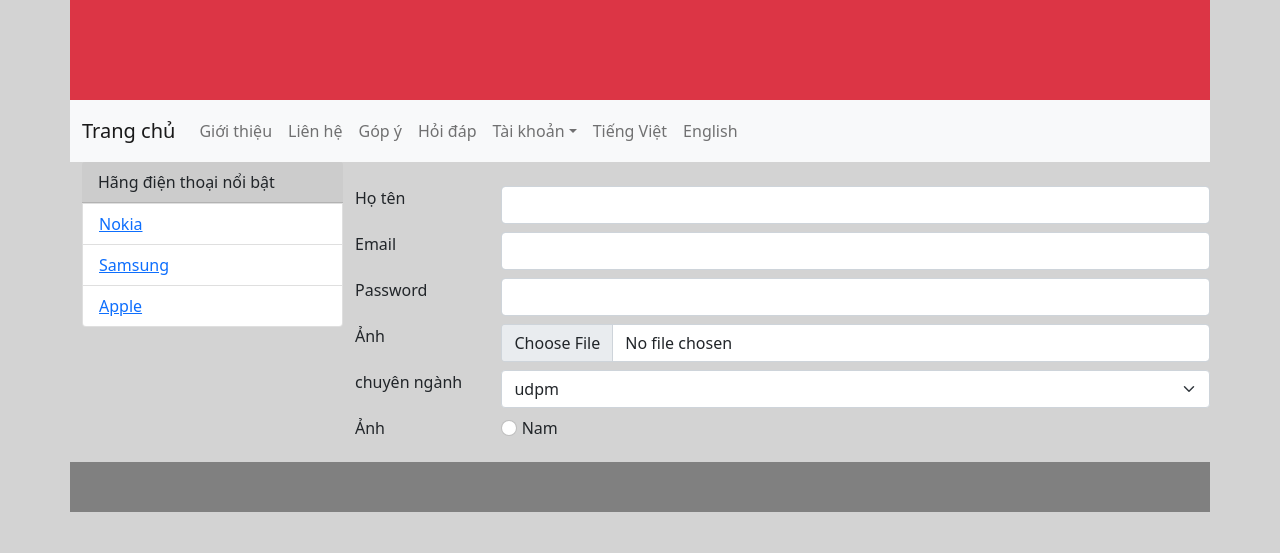
Repository: minhtu5502/fontendFamework
Page: day1 copy/index.html
These files come from the project's save history. The page is drawn as it stood at one moment and after a run of saves; the edit follows.
The browser window is 1280 px wide. The pictures show the whole page.

Above is the page before, as saved 2022-01-08 16:07:05.

After the next 2 saves:
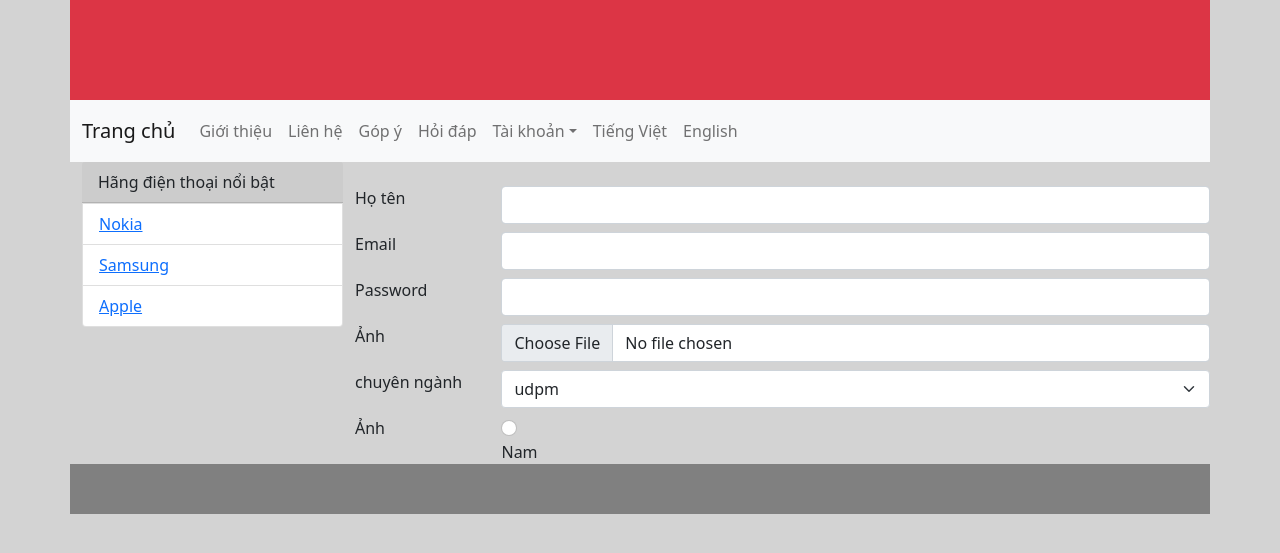
The 2 saves are shown as one change because they came seconds apart.
The last was saved 17 s later.
--- a/day1 copy/index.html
+++ b/day1 copy/index.html
@@ -123,8 +123,8 @@
                         <div class="mt-2 row">
                             <label for="" class="col-2">Ảnh</label>
                             <div class="col-10">
-                                <div></div>
-                                <input type="radio" name="nam" id="gioitinh" class="form-check-input" />
+                                <div><input type="radio" name="nam" id="gioitinh" class="form-check-input" /></div>
+
                                 <label for="">Nam</label>
                             </div>
 

After the 2 saves that followed:
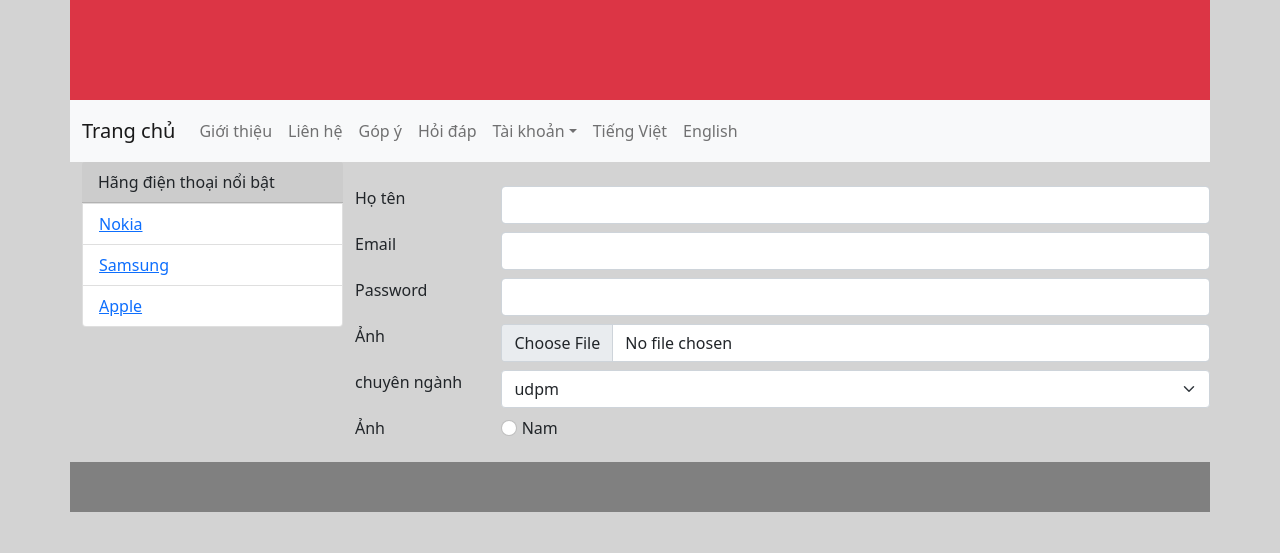
The 2 saves are shown as one change because 1 left the picture as it was.
The last was saved 11 s later.
--- a/day1 copy/index.html
+++ b/day1 copy/index.html
@@ -123,9 +123,11 @@
                         <div class="mt-2 row">
                             <label for="" class="col-2">Ảnh</label>
                             <div class="col-10">
-                                <div><input type="radio" name="nam" id="gioitinh" class="form-check-input" /></div>
+                                <div><input type="radio" name="nam" id="gioitinh" class="form-check-input" />
+                                    <label for="">Nam</label>
 
-                                <label for="">Nam</label>
+                                </div>
+
                             </div>
 
                         </div>
